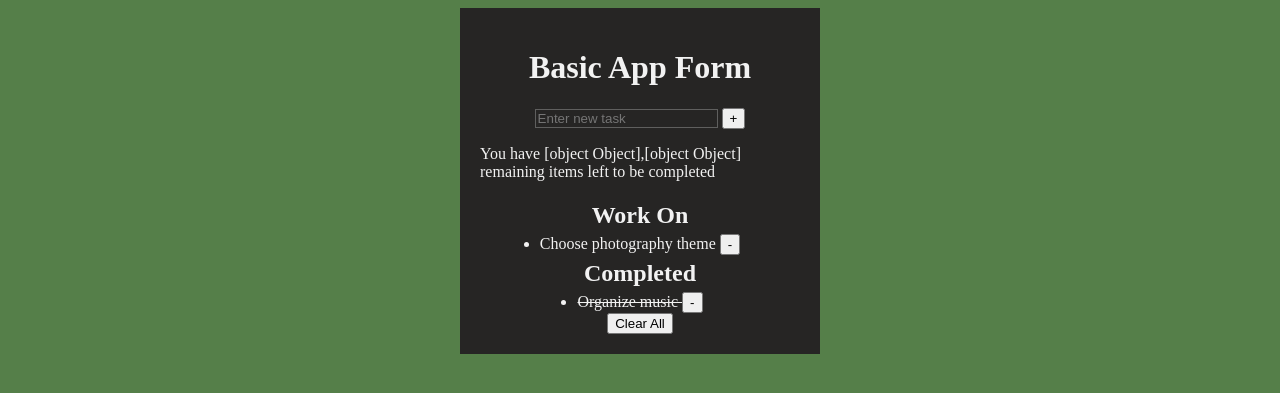
Repository: Kayla-amr/dgm_3760
Page: todoTemplate-W2/index.html
The author's editor kept a copy of each file at every save. The page is drawn from the files as they stood at one save, then again after the next save.
The browser window is 1280 px wide. The pictures show the whole page.

Above is the page before, as saved 2022-11-08 12:58:15.

### todoTemplate-W2/index.html
<!DOCTYPE html>
<html lang="en">

<head>
    <meta charset="UTF-8">
    <meta http-equiv="X-UA-Compatible" content="IE=edge">
    <meta name="viewport" content="width=device-width, initial-scale=1.0">
    <link rel="stylesheet" href="styles.css">
    <title>Basic Todo App</title>
</head>

<body>
    <main>
        <div class="taskForm">
            <h1 class="formTitle"></h1>
            <div>
                <input class="userInput" type="text" placeholder="Enter new task">
                <button class="addTask">+</button>
            </div>
            <p class="remainingTasks"></p>
            <h2>Work On</h2>
            <ul class='todoTasks'>
            </ul>
            <h2>Completed</h2>
            <ul class='completedTasks'>
            </ul>

            <button id="clearBtn">Clear All</button>
    </main>

    </div>
</body>
<script src="/todoTemplate-W2/index.js"></script>

</html>

### todoTemplate-W2/styles.css
body{
    background-color: #557f49;
    color: #f2f2f2;
}
main{
    display: flex;
    justify-content: center;
}
h2{
    margin: 0;
    padding: 5px;
}
.taskForm{
    background-color: #262524;
    padding: 20px;
    width: 20rem;
    display: flex;
    flex-direction: column;
    align-items: center;
}

.todoTasks{
    margin: 0;
    padding: 0;
}
.completedTasks{
    margin: 0;
    padding: 0;
}
.userInput{
    background-color: #eaaf1900;
    border: 1px solid #808080a1;
    color: #f2f2f2;
}

### todoTemplate-W2/index.js
const addBtn = document.querySelector('.addTask'); //store element object for the add task button
const todoTaskUl = document.querySelector('.todoTasks'); //get a reference to the task container UL
const completedTaskUL = document.querySelector('.completedTasks'); //get a reference to the task container UL
const clearBtn = document.querySelector('#clearBtn'); //clear button
const removeBtn = document.querySelector('.removeBtn');
const remainingTasks = document.querySelector('.remainingTasks')

let myList = [
	{
		id: 0,
		name: 'Choose photography theme',
		category: 'Homework',
		due_date: 'Tomorrow',
		status: false
	},
	{
		id: 1,
		name: 'Organize music',
		category: 'Chores',
		due_date: 'Wednesday',
		status: true
	}
];

//app title
document.querySelector('.formTitle').innerText = 'Basic App Form';

//view todods

function displayTodos(todos) {
	//clear out any tasks (li elements) that are in the UL
	todoTaskUl.innerHTML = '';
	completedTaskUL.innerHTML = '';
	//for each todo in the array, add it to the container UL
	todos.forEach(function(myTask) {
		if (myTask.status != true) {
			todoTaskUl.innerHTML += `<li data-todoId='${myTask.id}'> ${myTask.name} <button class="removeBtn" onclick="deleteTask()">-</button></li>`;
		} else {
			completedTaskUL.style.textDecoration = 'line-through';
			completedTaskUL.innerHTML += `<li data-todoId='${myTask.id}'> ${myTask.name} <button class="removeBtn" onclick="deleteTask()">-</button></li>`;
		}
	});
}

//add todos

function addTask() {
	let userInput = document.querySelector('.userInput').value;

	const newTodoObj = {
		id: myList.length + 1,
		name: userInput,
		category: null,
		due_date: null,
		status: false
	};

	myList.push(newTodoObj);
	displayTodos(myList);
}

// create a function to complete todos
function editTask() {
	const clickedTodoId = event.target.dataset.todoid;
	const todoIdx = myList.findIndex((todo) => todo.id == clickedTodoId);
	myList[todoIdx].status = !myList[todoIdx].status;
	console.log(myList)
	displayTodos(myList);
	// function will take 1 parameter (input) an id of the todo to complete
	// find the todo to complete and then change the value of status in the todo object
	//use the .findIndex method to get the index
	//then edit the object directly using bracket notation
	//IE: myList[todoIDX].status
}

//create a function to delete todos
function deleteTask() {

	const todoIdx = myList.findIndex((todo) => todo.obj == removeBtn);
	myList.splice(todoIdx, 1);
	displayTodos(myList);
	//much the same as the complete todo function
	//instead of editing the object, you will need to remove it from the array
}

function deleteComplete() {
	myList.forEach((todo, index, array) => {
		if(todo.status) {
			array.splice(index, 1)
		}
	})
}

function remaining(){
    todo = document.querySelector('.todoTasks').getElementsByTagName('li').length;

    remainingTasks.textContent = `You have ${myList} remaining items left to be completed`
}

remaining()

//for complete and delete event listeners you will need to listen for events on the UL



addBtn.addEventListener('click', (event) => {
	addTask();
});

todoTaskUl.addEventListener('click', (event) => {
	editTask();
});

completedTaskUL.addEventListener('click', (event) => {
	editTask();
});

clearBtn.addEventListener('click', (event) => {


	deleteComplete()
	displayTodos(myList)

});

//on page load, show the todos
displayTodos(myList);

After the next save:
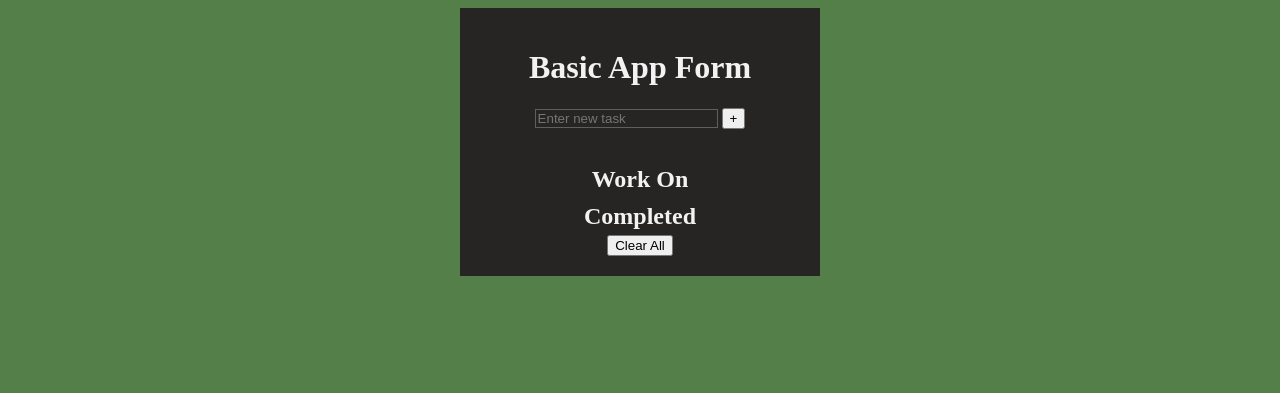
Console error: TypeError: Assignment to constant variable.
Saved 5 s later.
--- a/todoTemplate-W2/index.js
+++ b/todoTemplate-W2/index.js
@@ -92,7 +92,7 @@
 }
 
 function remaining(){
-    todo = document.querySelector('.todoTasks').getElementsByTagName('li').length;
+    todoTaskUl = document.querySelector('.todoTasks').getElementsByTagName('li').length;
 
     remainingTasks.textContent = `You have ${myList} remaining items left to be completed`
 }

After the save that followed:
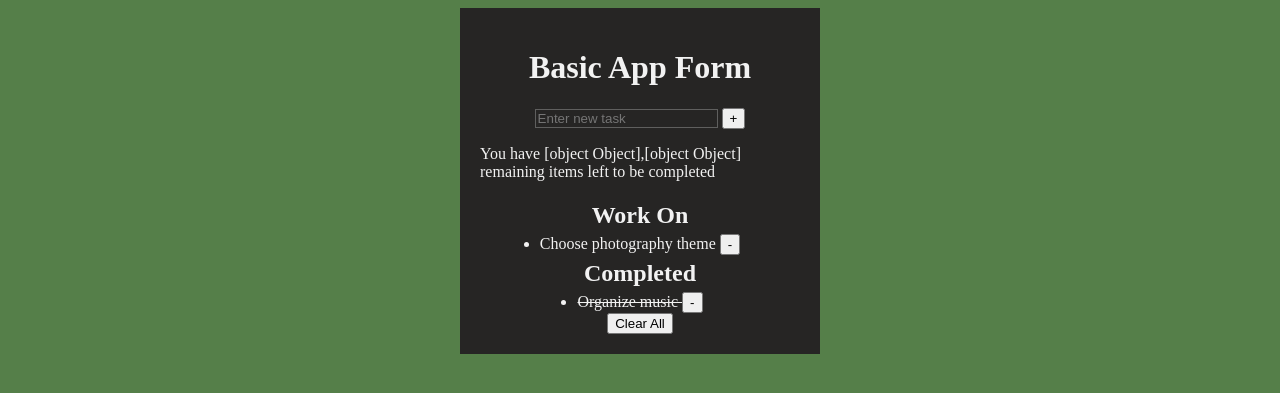
The error is gone.
Saved 15 s later.
--- a/todoTemplate-W2/index.js
+++ b/todoTemplate-W2/index.js
@@ -92,7 +92,7 @@
 }
 
 function remaining(){
-    todoTaskUl = document.querySelector('.todoTasks').getElementsByTagName('li').length;
+    let todoTaskUl = document.querySelector('.todoTasks').getElementsByTagName('li').length;
 
     remainingTasks.textContent = `You have ${myList} remaining items left to be completed`
 }
